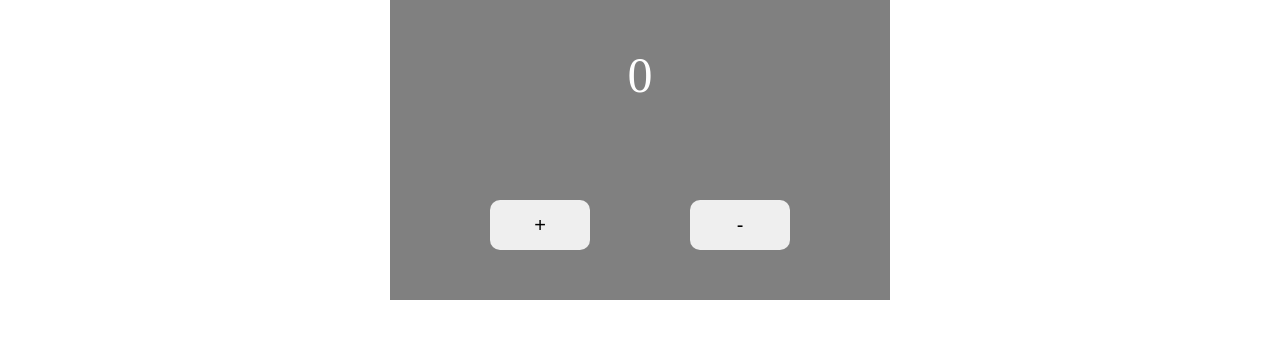
Repository: ls02/VSCode
Page: Java/2022/7-21-1/Test1.html
These files come from the project's save history. The page is drawn as it stood at one moment and after the next save; the edit follows.
The browser window is 1280 px wide. The pictures show the whole page.
After loading, the first visible `#plusButton` was clicked once.

Above is the page before, as saved 2022-07-21 16:05:46.

After the next save:
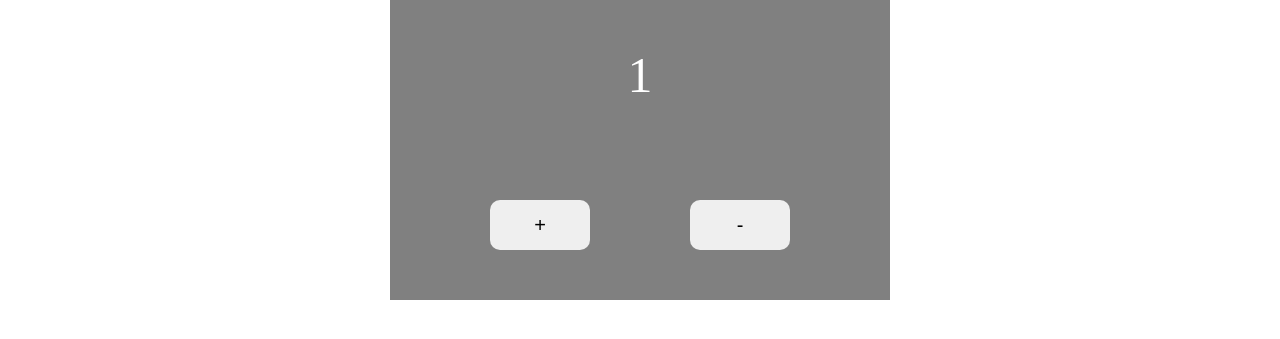
Saved 3 min 53 s later.
--- a/Java/2022/7-21-1/Test1.html
+++ b/Java/2022/7-21-1/Test1.html
@@ -2,7 +2,7 @@
  * @Author: ls02 <2877455773@qq.com>
  * @Date: 2022-07-21 15:01:18
  * @LastEditors: ls02 <2877455773@qq.com>
- * @LastEditTime: 2022-07-21 16:05:46
+ * @LastEditTime: 2022-07-21 16:09:38
  * @FilePath: \Java\2022\7-21-1\Test1.html
  * @Description:
  *
@@ -92,9 +92,13 @@
         let plusButton = document.querySelector('#plusButton');
         plusButton.onclick = function() {
             // 1.选中screen元素
+            let screen = document.querySelector('.screen');
             // 2.取出区中的内容
+            let content = screen.innerHTML;
             // 3.把内容 +1
+            let result = parseInt(content) + 1;
             // 4.把内容写回去
+            screen.innerHTML = result;
         }
         let minusButton = document.querySelector('#minusButton');
         // let button = document.querySelector('button');
